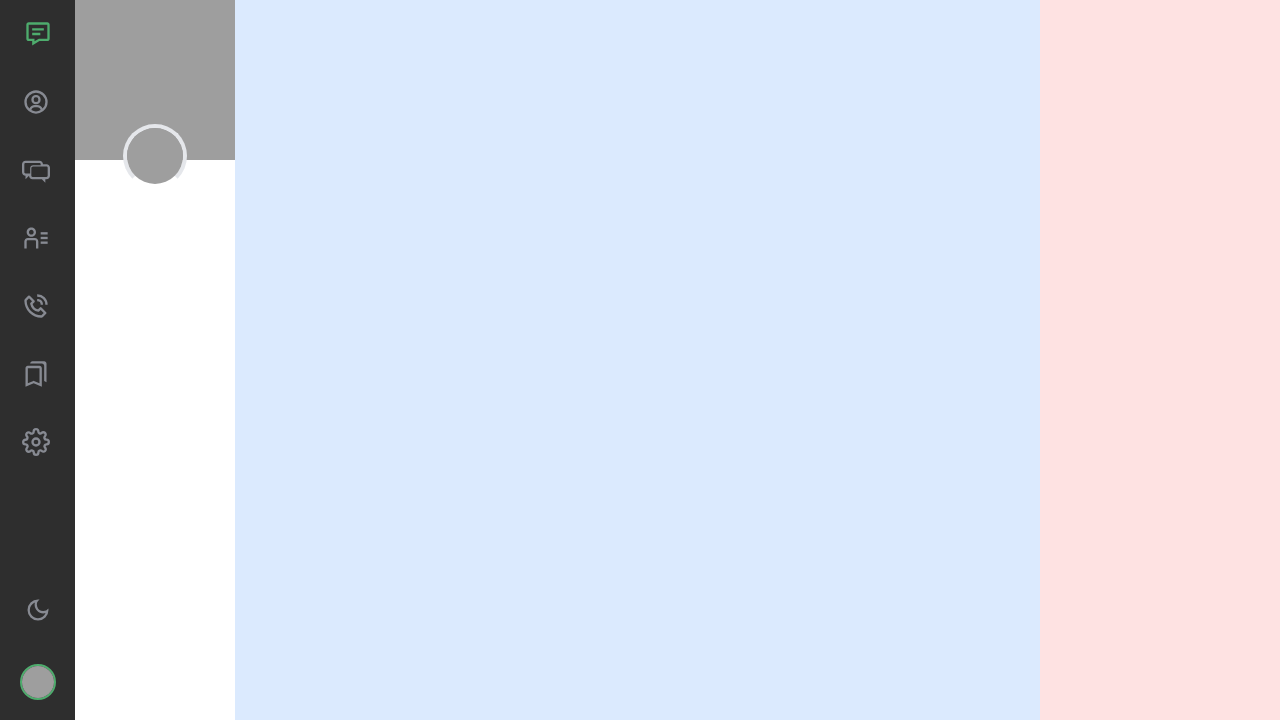
Repository: satya-ranjon/Chat-app
Page: /
The author's editor kept a copy of each file at every save. The page is drawn from the files as they stood at one save, then again after the next save.
The browser window is 1280 px wide. The pictures show the whole page.
Pictures or frames that could not be fetched are drawn as grey boxes. The project was rebuilt for these pictures with package versions that can differ from the ones it lists, and the page was loaded fresh each time.

Above is the page before, as saved 2022-03-31 03:27:33.

After the next save:
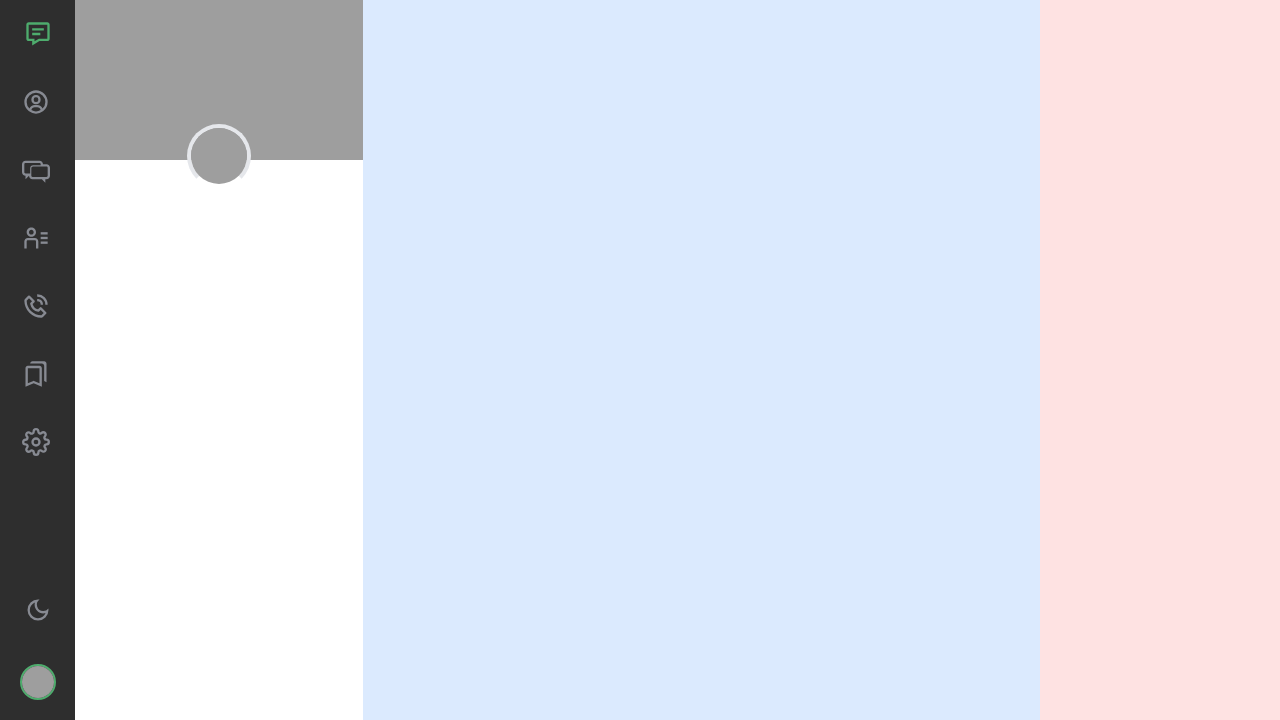
Saved 69 s later.
--- a/src/components/MyProfile/MyProfile.jsx
+++ b/src/components/MyProfile/MyProfile.jsx
@@ -5,10 +5,10 @@ const Image =
 
 export default function MyProfile() {
   return (
-    <div className="w-72 h-screen sm:w-40 ">
+    <div className="sm:w-72 h-screen w-40 ">
       <div className="relative">
         <img src={Image} alt={Image} className="w-full h-40" />
-        <UserImage className="w-16 h-16 rounded-full absolute  -bottom-7 right-28 sm:right-12  border-4 border-b-white" />
+        <UserImage className="w-16 h-16 rounded-full absolute  -bottom-7 sm:right-28 right-12  border-4 border-b-white" />
       </div>
     </div>
   );
